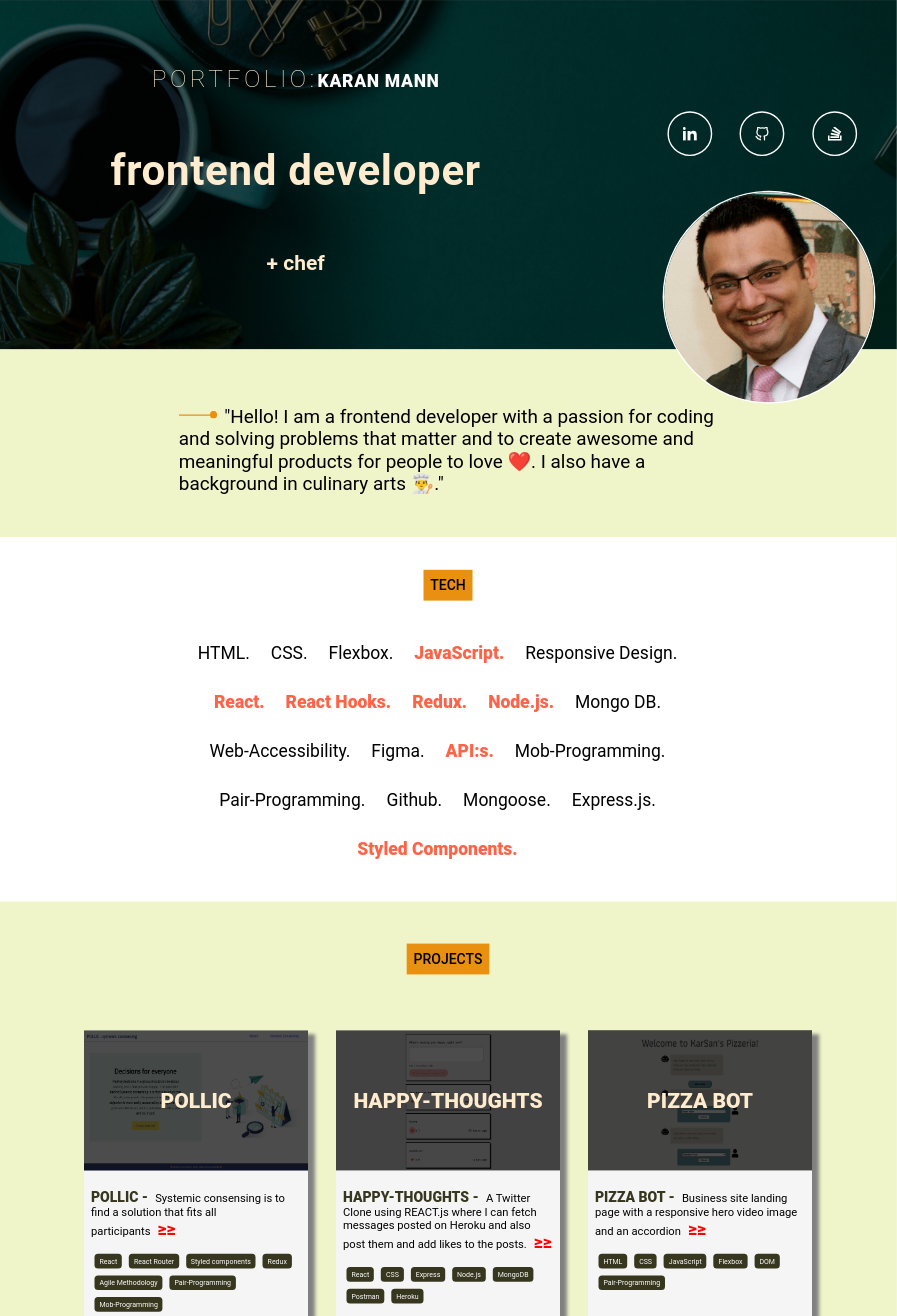
Repository: karanmann/portfolio-react
Page: / (app in frontend/)
These files come from the project's save history. The page is drawn as it stood at one moment and after the next save; the edit follows.
The browser window is 1280 px wide. The page is 1281 px wide, so the pictures cover 1281 px, including what lies to the right of the window. The pictures show the part of the page from y = 0 to 1880 px (the page is 6725 px tall), at 70% of full size.
The project was rebuilt for these pictures with package versions that can differ from the ones it lists, and the page was loaded fresh each time.

Above is the page before, as saved 2021-04-09 10:30:22.

### frontend/public/index.html
<!DOCTYPE html>
<html lang="en">
  <head>
    <meta charset="utf-8" />
    <link rel="icon" href="%PUBLIC_URL%/favicon.ico" />
    <meta name="viewport" content="width=device-width, initial-scale=1" />
    <meta name="theme-color" content="#000000" />
    <meta
      name="description"
      content="Web site created using create-react-app"
    />
    <link rel="apple-touch-icon" href="%PUBLIC_URL%/logo192.png" />
    <link rel="preconnect" href="https://fonts.gstatic.com">
    <link href="https://fonts.googleapis.com/css2?family=Poppins:ital,wght@0,100;0,200;0,300;0,400;0,500;0,600;0,700;0,800;0,900;1,100;1,200;1,300;1,400;1,500;1,600;1,700;1,800;1,900&display=swap" rel="stylesheet">

    <!--
      manifest.json provides metadata used when your web app is installed on a
      user's mobile device or desktop. See https://developers.google.com/web/fundamentals/web-app-manifest/
    -->
    <!-- <link rel="manifest" href="%PUBLIC_URL%/manifest.json" /> -->
    <!--
      Notice the use of %PUBLIC_URL% in the tags above.
      It will be replaced with the URL of the `public` folder during the build.
      Only files inside the `public` folder can be referenced from the HTML.

      Unlike "/favicon.ico" or "favicon.ico", "%PUBLIC_URL%/favicon.ico" will
      work correctly both with client-side routing and a non-root public URL.
      Learn how to configure a non-root public URL by running `npm run build`.
    -->
    <title>Karan Mann - Portfolio</title>
  </head>
  <body>
    <noscript>You need to enable JavaScript to run this app.</noscript>
    <div id="root"></div>
    <!--
      This HTML file is a template.
      If you open it directly in the browser, you will see an empty page.

      You can add webfonts, meta tags, or analytics to this file.
      The build step will place the bundled scripts into the <body> tag.

      To begin the development, run `npm start` or `yarn start`.
      To create a production bundle, use `npm run build` or `yarn build`.
    -->
  </body>
</html>

### frontend/src/index.js
import React from 'react';
import ReactDOM from 'react-dom';
import './lib/styles/index.css';
import App from './App';

ReactDOM.render(
  <React.StrictMode>
    <App />
  </React.StrictMode>,
  document.getElementById('root')
);

### frontend/src/lib/styles/index.css

body {
  margin: -1px;
  font-family: 'Roboto', 'Poppins', sans-serif, -apple-system, BlinkMacSystemFont, 'Segoe UI', 'Roboto', 'Oxygen',
    'Ubuntu', 'Cantarell', 'Fira Sans', 'Droid Sans', 'Helvetica Neue';
  -webkit-font-smoothing: antialiased;
  -moz-osx-font-smoothing: grayscale;
  background-color: white;
}

### frontend/src/App.js
import React from 'react';

import { Header } from './components/Header'
import { Intro } from './components/Intro'
import { Tech } from './components/Tech'
import { Projects } from './components/projects/Projects'
import { ThoughtsCode } from './components/ThoughtsCode'
import { Skills } from './components/Skills'
import { ForMore } from './components/ForMore'
import { Footer } from './components/Footer'
import { Data } from './projects'

const projectData = Data.projects

console.log(projectData)

function App() {
  return (
    <div className="App">
      <Header />
      <Intro/>
      <Tech />
      <Projects projectData={projectData}/>
      <ThoughtsCode />'
      <Skills />
      <ForMore />
      <Footer />
    </div>
  );
}

export default App;

### frontend/src/components/Header.js
import React from 'react'

import {
  HeroContainer,
  LeftContainer,
  HeroTextContainer,
  HeroTextH1,
  HeroTextH1Span,
  HeroTextH2,
  HeroTextH3,
  RightContainer,
  IconContainer,
  IconLinkContainer,
  IconImageContainer,
  ProfilePic,
} from '../lib/styles/styled'

import linkedInIcon from '../lib/images/icons/linkedin.svg'
import githubIcon from '../lib/images/icons/github.svg'
import stackoverflowIcon from '../lib/images/icons/stackoverflow.svg'
import profilePic from '../lib/images/profile.png'

const linkedInLink = 'https://www.linkedin.com/in/karanmann84/'
const githubLink = 'https://github.com/karanmann'
const stackOverflowLink = 'https://stackoverflow.com/users/14064949/karan-mann'

export const Header = () => {
  return (
    <header>
      <HeroContainer>
        <LeftContainer>
          <HeroTextContainer tabIndex='0'>
            <HeroTextH1>
              PORTFOLIO:
              <HeroTextH1Span>KARAN MANN</HeroTextH1Span>
            </HeroTextH1>
            <HeroTextH2>frontend developer</HeroTextH2>
            <HeroTextH3>+ chef</HeroTextH3>
          </HeroTextContainer>
        </LeftContainer>
        <RightContainer>
          <IconContainer>
            <IconLinkContainer
              href={linkedInLink}
              tabIndex='0'
              target="_blank"
              rel="noopener noreferrer"
            >
              <IconImageContainer
                src={linkedInIcon}
                alt='Icon to LinkedIN'
                aria-label='Linkedin profile'
                rel="noreferrer"
              />
            </IconLinkContainer>
            <IconLinkContainer
              href={githubLink}
                tabIndex='0'
                target="_blank"
                rel="noopener noreferrer">
              <IconImageContainer
                src={githubIcon}
                alt='Icon to Github'
                aria-label='Github profile'
                rel='noreferrer'
              />
            </IconLinkContainer>
            <IconLinkContainer
              href={stackOverflowLink}
              tabIndex='0'
              target="_blank"
              rel="noopener noreferrer"
            >
              <IconImageContainer
                src={stackoverflowIcon}
                alt='Icon to Stackoverflow'
                aria-label='Stackoverflow'
                rel='noreferrer'
              />
            </IconLinkContainer>
          </IconContainer>
          <div>
            <ProfilePic className="profile-pic" src={profilePic} alt="Karan's Pic"/>
          </div>
        </RightContainer>
      </HeroContainer>
    </header>
  )
}

### frontend/src/components/Intro.js
import React from 'react';
import { IntroContainer, IntroP, IntroImage} from '../lib/styles/styled'
import lolypop from '../lib/images/icons/icon-p.svg'

export const Intro = () => {
  return (
    <IntroContainer>
      <IntroP>
        <IntroImage src={lolypop} alt="Lolypop Icon"/>
        "Hello!   I am a frontend developer with a passion for coding and solving problems that matter and to create awesome and meaningful products for people to love ❤️. I also have a background in culinary arts 👨‍🍳."
      </IntroP>
    </IntroContainer>
  )
}

### frontend/src/components/Tech.js
import React from 'react';

import {
  TechContainer,
  AllTech,
  MyTech,
  Title
  } from '../lib/styles/styled'

const techs = [
  { tech:"HTML", highLight:false },
  { tech:"CSS", highLight:false },
  { tech:"Flexbox", highLight:false },
  { tech:"JavaScript", highLight:true },
  { tech:"Responsive Design", highLight:false },
  { tech:"React", highLight:true },
  { tech:"React Hooks", highLight:true },
  { tech:"Redux", highLight:true },
  { tech:"Node.js", highLight:true },
  { tech:"Mongo DB", highLight:false },
  { tech:"Web-Accessibility", highLight:false },
  { tech:"Figma", highLight:false },
  { tech:"API:s", highLight:true },
  { tech:"Mob-Programming", highLight:false },
  { tech:"Pair-Programming", highLight:false },
  { tech:"Github", highLight:false },
  { tech:"Mongoose", highLight:false },
  { tech:"Express.js", highLight:false },
  { tech:"Styled Components", highLight:true },
]

export const Tech = () => {
  return (
    <TechContainer>
      <Title>TECH</Title>
        <AllTech>
            {techs.map((mytech, index) =>{
              const conditionalStyle = mytech.highLight ? {color:'tomato', fontWeight: '800'} : {color:'black'}
              return (
              <MyTech style={conditionalStyle} key={mytech.tech}>
                {mytech.tech}{index === mytech.tech.length - 1 ? ',' : '.'}
              </MyTech>
            )
            })}
        </AllTech>
    </TechContainer>
  )
}

// while using styled components we can also send the style as a prop and do the conditional rendering in the styles itself.

// {index > Object.keys(mytech).length - 1 ? ',' : '.'}
// Working on getting a period in the end rather than a comma.

### frontend/src/components/projects/Projects.js
import React from  'react'

import { ProjectContainer, Title } from '../../lib/styles/styled'
import { OtherProjects } from './OtherProjects'
import { FeaturedProjects } from './FeaturedProjects'

export const Projects = ({projectData}) => {
  const featuredProjects = projectData.filter(myProjects => myProjects.featured)
  const otherProjects = projectData.filter(myProjects => !myProjects.featured)

  return (
    <ProjectContainer>
      <Title>PROJECTS</Title>
      <div>
        <FeaturedProjects featuredProjects={featuredProjects}/>
      </div>
      <h3 className='projects-title'>OTHER PROJECTS</h3>
      <div>
        <OtherProjects otherProjects={otherProjects}/>
      </div>
    </ProjectContainer>
  )
}

### frontend/src/components/ThoughtsCode.js
import React from 'react'

import {
  ThoughtsContainer,
  ThoughtsContentContainer,
  ThoughtsCodeImageContainer,
  ThoughtsImage,
  ThoughtsCodeTextContainer,
  ThoughtsCodeTextTitle,
  ThoughtsCodeTextContent,
  ThoughtsReadMore,
  Title
} from '../lib/styles/styled'
import chefDroid from '../lib/images/ChefDroid.png'

const chefToProgrammerLink = "https://www.linkedin.com/posts/karanmann84_programming-learning-technigo-activity-6720014274095304704-BHnK"

export const ThoughtsCode = () => {
  return (
    <ThoughtsContainer>
      <Title tabIndex="0">MY THOUGHTS ABOUT CODE</Title>
      <ThoughtsContentContainer>
        <ThoughtsCodeImageContainer href={chefToProgrammerLink}>
          <ThoughtsImage src={chefDroid} alt='Chef and Droid'/>
        </ThoughtsCodeImageContainer>
        <ThoughtsCodeTextContainer>
          <ThoughtsCodeTextTitle>
            From Chef to Programmer
          </ThoughtsCodeTextTitle>
          <ThoughtsCodeTextContent>
            What I learned in the kitchen.
            Almost everyone who starts working in a kitchen starts in one place, the bottom.
            This could be the salad section or pantry. In an industry as intensely competitive as restaurants,
            the only way to move up is by working as hard as you can. This means being willing to take on any assignment
            your chef gives you. It means constantly working to master your craft.
            <ThoughtsReadMore href={chefToProgrammerLink}>Read More ≥≥</ThoughtsReadMore>
          </ThoughtsCodeTextContent>
        </ThoughtsCodeTextContainer>
      </ThoughtsContentContainer>
    </ThoughtsContainer>
  )
}

### frontend/src/components/Skills.js
import React from 'react';

import {
  Title,
  SkillContainer,
  SkillContentContainer,
  Skill,
  SkillCodeTitle,
  SkillCodeContent
} from '../lib/styles/styled'

const code = [
  "HTML5",
  "CSS3",
  "JavaScript ES6",
  "React",
  "React Hooks",
  "Node.js",
  "Mongo DB",
  "Github",
]

const toolbox =[
  "Visual Studio Code",
  "Terminal",
  "Figma",
  "StackOverflow",
  "Slack",
]

const others= [
  "Agile Methodology",
  "Pair-programming",
  "Mob-programming",
  "Web Accessibility",
  "Concept Development",
]

const upcomming = [
  "Redux",
  "SASS",
]

export const Skills = () => {
  return (
    <SkillContainer>
      <Title>SKILLS</Title>
      <SkillContentContainer>
        <Skill>
          <SkillCodeTitle>CODE</SkillCodeTitle>
          <SkillCodeContent >
            {code.map(myCode => <p key={myCode}>{myCode}</p>)}
          </SkillCodeContent>
        </Skill>
        <Skill>
          <SkillCodeTitle>TOOLBOX</SkillCodeTitle>
          <SkillCodeContent>{toolbox.map(myTool => <p key={myTool}>{myTool}</p>)}</SkillCodeContent>
        </Skill>
        <Skill>
          <SkillCodeTitle>OTHERS</SkillCodeTitle>
          <SkillCodeContent>{others.map(myOthers => <p key={myOthers}>{myOthers}</p>)}</SkillCodeContent>
        </Skill>
        <Skill>
          <SkillCodeTitle>UPCOMMING</SkillCodeTitle>
          <SkillCodeContent>{upcomming.map(myUpcomming => <p key={myUpcomming}>{myUpcomming}</p>)}</SkillCodeContent>
        </Skill>
      </SkillContentContainer>
    </SkillContainer>
  )
}

### frontend/src/components/ForMore.js
import React from 'react'

import {
  Title,
  ForMoreContainer,
  ForMoreIcons,
  ForMoreIconContainer,
  ForMoreImage,
  ForMoreText,
  ForMoreLink
} from '../lib/styles/styled'

import linkedIn from '../lib/images/icons/linkedin-orange.svg'
import github from '../lib/images/icons/github-orange.svg'
import stackOverflow from '../lib/images/icons/stackoverflow-orange.svg'

export const ForMore = () => {
  return (
    <ForMoreContainer>
      <Title tabIndex="0">FOR MORE</Title>
      <ForMoreIcons>
        <ForMoreIconContainer>
          <ForMoreLink
            href="https://www.linkedin.com/in/karanmann84/"
            target="_blank"
            rel="noopener noreferrer"
          >
            <ForMoreImage src={linkedIn} alt="Link to LinkedIN"/>
          </ForMoreLink>
          <ForMoreText>LINKEDIN</ForMoreText>
        </ForMoreIconContainer>
        <ForMoreIconContainer>
          <ForMoreLink
            href="https://stackoverflow.com/users/14064949/karan-mann"
            target="_blank"
            rel="noopener noreferrer"
          >
            <ForMoreImage src={stackOverflow} alt="Link to stackoverflow"/>
          </ForMoreLink>
          <ForMoreText>STACK-OVERFLOW</ForMoreText>
        </ForMoreIconContainer>
        <ForMoreIconContainer>
          <ForMoreLink
            href="https://github.com/karanmann"
            target="_blank"
            rel="noopener noreferrer"
          >
            <ForMoreImage src={github} alt="Link to Github"/>
          </ForMoreLink>
          <ForMoreText>GITHUB</ForMoreText>
        </ForMoreIconContainer>
      </ForMoreIcons>
    </ForMoreContainer>
  )
}

### frontend/src/components/Footer.js
import React from 'react'
import { FooterContainer } from '../lib/styles/styled'

export const Footer = () => {
  return(
    <FooterContainer>
      <h3>CONTACT</h3>
      <p>Karan Mann</p>
      <p>karan.mann@outlook.com</p>
      <p>+46 (0) 702257772</p>
    </FooterContainer>
  )
}

### frontend/src/components/projects/OtherProjects.js
import {
  OtherCardsContainer,
  OtherCard,
  OtherImageContainer,
  Image,
  ImageOverlay,
  ImageTitle,
  OtherCardDetailsContainer,
  DetailsTitle,
  DetailsDescription,
  DetailsLink,
  CardTechContainer,
  CardTech} from '../../lib/styles/styled'

export const OtherProjects = ({otherProjects}) => {
  return (
    <OtherCardsContainer>
      {otherProjects.map(myProject => {
        return (
        <OtherCard key={myProject.title}>
          <OtherImageContainer>
            <a
              href={myProject.live_url}
              target="_blank"
              rel="noopener noreferrer"
              >
              <ImageOverlay>
                <ImageTitle>{myProject.title}</ImageTitle>
              </ImageOverlay>
              <Image src={myProject.image_url} alt=""/>
            </a>
          </OtherImageContainer>
          <OtherCardDetailsContainer>
            <p>
              <DetailsTitle>{myProject.title} -</DetailsTitle>
              <DetailsDescription>{myProject.description}</DetailsDescription>
              <span>
                <DetailsLink
                  href={myProject.live_url}
                  target="_blank"
                  rel="noopener noreferrer"
                >
                  ≥≥
                </DetailsLink>
              </span>
            </p>
            <CardTechContainer>
              {myProject.techs.map(mytech => <CardTech>{mytech}</CardTech>
              )}
            </CardTechContainer>
          </OtherCardDetailsContainer>
        </OtherCard>
        )})
      }
    </OtherCardsContainer>
  )
}

### frontend/src/components/projects/FeaturedProjects.js
import React from 'react';

import {
  CardsContainer,
  Card,
  ImageContainer,
  Image,
  ImageOverlay,
  ImageTitle,
  CardDetailsContainer,
  DetailsTitle,
  DetailsDescription,
  DetailsLink,
  CardTechContainer,
  CardTech} from '../../lib/styles/styled'

export const FeaturedProjects = ({featuredProjects}) => {
  return (
    <CardsContainer>
      {featuredProjects.map(myProject => {
        return (
           <Card key={myProject.title}>
            <ImageContainer>
              <a
                href={myProject.live_url}
                target="_blank"
                rel="noopener noreferrer"
              >
                <ImageOverlay>
                  <ImageTitle>{myProject.title}</ImageTitle>
                </ImageOverlay>
                <Image src={myProject.image_url} alt=""/>
              </a>
            </ImageContainer>
            <CardDetailsContainer>
              <p>
                <DetailsTitle>{myProject.title} -</DetailsTitle>
                <DetailsDescription>{myProject.description}</DetailsDescription>
                <span>
                  <DetailsLink
                    href={myProject.live_url}
                    target="_blank"
                    rel="noopener noreferrer"
                  >≥≥
                  </DetailsLink>
                </span>
              </p>
              <CardTechContainer>
                {myProject.techs.map(mytech => <CardTech>{mytech}</CardTech>
                )}
              </CardTechContainer>
            </CardDetailsContainer>
          </Card>
        )
      })
      }
    </CardsContainer>
  )
}

Loaded but not shown: frontend/src/lib/styles/styled.js (library); frontend/src/projects.js (251 lines, source omitted)

After the next save:
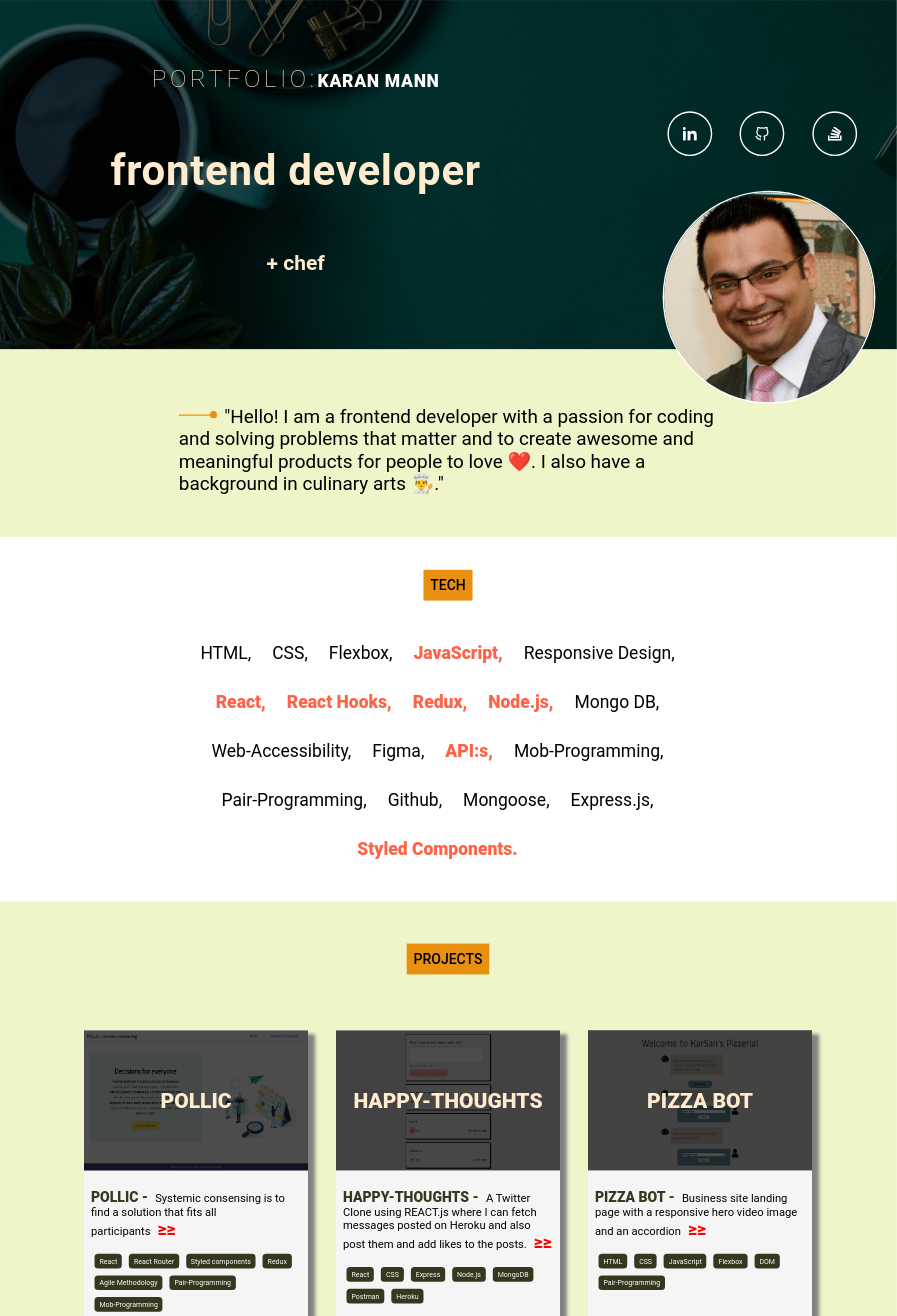
Saved 23 s later.
--- a/frontend/src/components/Tech.js
+++ b/frontend/src/components/Tech.js
@@ -38,7 +38,7 @@
               const conditionalStyle = mytech.highLight ? {color:'tomato', fontWeight: '800'} : {color:'black'}
               return (
               <MyTech style={conditionalStyle} key={mytech.tech}>
-                {mytech.tech}{index === mytech.tech.length - 1 ? ',' : '.'}
+                {mytech.tech}{index === techs.length - 1 ? '.' : ','}
               </MyTech>
             )
             })}
